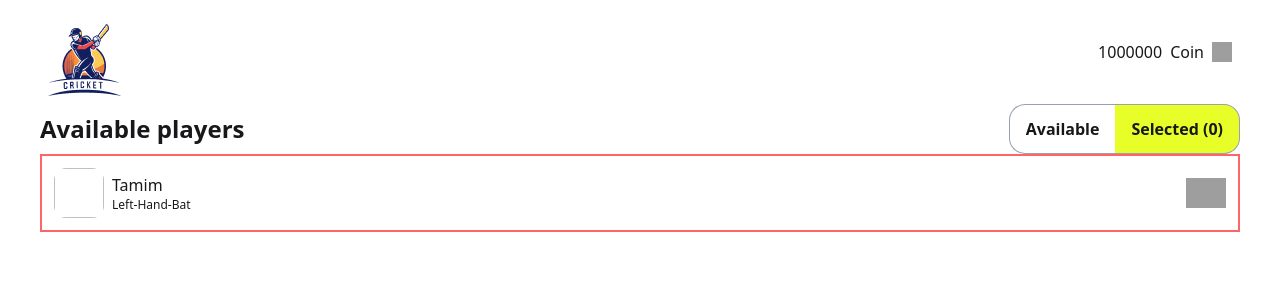
Repository: SanjidaSnigdha/Select-your-eleven
Page: /, after clicking the first element matching `button.rounded-r-2xl`
These files come from the project's save history. The page is drawn as it stood at one moment and after the next save; the edit follows.
The browser window is 1280 px wide. The pictures show the whole page.
Pictures or frames that could not be fetched are drawn as grey boxes. The project was rebuilt for these pictures with package versions that can differ from the ones it lists, and the page was loaded fresh each time. Also part of the build but not shown: vite.config.js, src/App.css.

Above is the page before, as saved 2026-03-21 19:04:27.

### index.html
<!doctype html>
<html lang="en" style="color-scheme: light;">
  <head>
    <meta charset="UTF-8" />
    <link rel="icon" type="image/svg+xml" href="/favicon.svg" />
    <meta name="viewport" content="width=device-width, initial-scale=1.0" />
    <title>select-your-eleven</title>
  </head>
  <body>
    <div id="root"></div>
    <script type="module" src="/src/main.jsx"></script>
  </body>
</html>

### src/index.css
 @import "tailwindcss";
 @plugin "daisyui" {
  themes: light --default, dark --prefersdark;
  themes: light --default;
 }

### src/App.jsx

import './App.css'
import AvailablePlayers from './components/AvailablePlayers/AvailablePlayers'
import SelectedPlayers from './components/SelectedPlayers/SelectedPlayers'
import Navbar from './components/Navbar/Navbar'
import { Suspense, useState } from 'react'

const fetchPlayers = async () =>{
  const res = await fetch("/players.json")
  return res.json()
}
const playersPromise = fetchPlayers()


function App() {
  const [toggle,setToggle] = useState(true)
  const [availableBalance,setAvailableBalance] = useState(1000000)
  const [purchasedPlayers,setPurchasedPlayers] = useState([])

  return (
    <>
   <Navbar availableBalance={availableBalance}></Navbar>
   <div className='max-w-[1200px] mx-auto flex justify-between items-center'>
    <h1 className='font-bold text-2xl'>Available players</h1>
    <div className='font-bold'>
      <button onClick={()=>setToggle(true)} className={`py-3 px-4 border-1 border-gray-400 rounded-l-2xl border-r-0 ${toggle===true?"bg-[#E7FE29]":""}`}>Available</button>
      <button onClick={()=>setToggle(false)} className={`py-3 px-4 border-1 border-gray-400 rounded-r-2xl border-l-0 ${toggle===false?"bg-[#E7FE29]":""}`}>Selected <span>(0)</span></button>
    </div>

   </div>

     {
      toggle === true?<Suspense fallback={<span className="loading loading-spinner loading-xl"></span>
}>
    <AvailablePlayers purchasedPlayers={purchasedPlayers} setPurchasedPlayers={setPurchasedPlayers} availableBalance={availableBalance} setAvailableBalance={setAvailableBalance} playersPromise={playersPromise}></AvailablePlayers>
</Suspense>:<SelectedPlayers purchasedPlayers={purchasedPlayers}></SelectedPlayers>

     }





    </>
  )
}

export default App

### src/components/AvailablePlayers/AvailablePlayers.jsx
import React, { use } from 'react';

import PlayerCard from '../PlayerCard/PlayerCard';

const AvailablePlayers = ({playersPromise,setAvailableBalance,availableBalance,purchasedPlayers,setPurchasedPlayers}) => {
    const playerData = use(playersPromise)
    return (
        <div className='max-w-[1200px] mx-auto grid grid-cols-1 md:grid-cols-3 gap-4'>

            {
              playerData.map(player=><PlayerCard setPurchasedPlayers={setPurchasedPlayers} purchasedPlayers={purchasedPlayers} availableBalance={availableBalance} setAvailableBalance={setAvailableBalance} player={player}></PlayerCard>


              )
            }

        </div>
    );
};

export default AvailablePlayers;

### src/components/SelectedPlayers/SelectedPlayers.jsx
import React from 'react';

const SelectedPlayers = ({purchasedPlayers}) => {
    console.log(purchasedPlayers)
    return (
        <div className='max-w-[1200px] mx-auto'>
           <div className='border-2 p-3 border-red-400 flex justify-between items-center'>
            <div className='flex items-center'>
                <img src="" className='h-[50px] w-[50px] rounded-xl' alt="" />
                <div className='ml-2'>
                    <h1>Tamim</h1>
                    <p className='text-xs'>Left-Hand-Bat</p>
                </div>

            </div>
            <div>
                <img src="https://i.ibb.co.com/HTN200Jz/delete.png" className='w-[40px] h-[30px]' alt="" />
            </div>

           </div>
        </div>
    );
};

export default SelectedPlayers;

### src/components/Navbar/Navbar.jsx
import React from 'react';
import navImg from "../../assets/logo.png"
import dollarImg from "../../assets/dollar-1.png"

const Navbar = ({availableBalance}) => {
    return (

         <div className="navbar max-w-[1200px] mx-auto">
          <div className="flex-1">
            <a className="text-xl">
              <img className="w-60px h-50px mt-4" src={navImg} alt="" />
           </a>
          </div>
          <div className="flex items-center gap-1">
          <span className='mr-1'>{availableBalance}</span>
          <span className='mr-1'>Coin</span>
          <img className="w-5 h-5" src={dollarImg} alt="" />
         </div>
       </div>
    );

};

export default Navbar;

### src/components/PlayerCard/PlayerCard.jsx
import React, { useState } from 'react';
import userImg from "../../assets/man.png"
import flagImg from "../../assets/flag.jpg"

const PlayerCard = ({player,setAvailableBalance,availableBalance,purchasedPlayers,setPurchasedPlayers}) => {
    const [isSelected,setIsSelected] = useState(false)

    const handleSelected = (playerData) =>{
        const playerPrice = parseInt(playerData.price.split("USD").join("").
                split(",").join(""))
                if(availableBalance<playerPrice){
                    alert("Not enough coins!!")
                    return
                }

         setIsSelected(true)
                setAvailableBalance(availableBalance - playerPrice);
                setPurchasedPlayers([...purchasedPlayers,playerData])


    };
    return (
                        <div className="card bg-base-100 shadow-sm p-4">
         <figure className="px-10 pt-10">
           <img
             src={player.player_image}
             alt="Shoes"
             className='w-full h-[280px] object-cover'
              />
         </figure>
         <div className="mt-4">
           <div className='flex'>
               <img className='w-8 h-8' src={userImg} alt="" /><h2 className='card-title ml-2'>{player.player_name}</h2>
           </div>
           <div className='flex justify-between mt-4 border-b-2 border-gray-400 pb-2'>
       <div className='flex items-center'>
           <img className='w-8 h-8' src={flagImg} alt="" />
           <span className='ml-2'>{player.player_country}</span>
           </div>
           <button className='btn'>{player.playing_role}</button>
           </div>
       <div className='flex justify-between font-bold'>
           <span>{player.rating}</span>

       </div>
       <div className='flex justify-between mt-4'>
           <span className='font-bold'>{player.bating_style}</span>
           <span>{player.bowling_style}</span>
       </div>

           <div className="card-actions mt-3 flex justify-between items-center">
               <p className='font-bold'>${player.price}</p>
             <button disabled={isSelected} onClick={()=>{handleSelected(player)

             }} className="btn">{isSelected===true?"Selected":"Choose player"}</button>
           </div>
         </div>
       </div>
    );
};

export default PlayerCard;

### public/players.json
[
  {
    "player_image": "https://i.ibb.co.com/CKt7DdsZ/shakib-al-hasan-smiling-8olow941lckcha6b.jpg",
    "player_name": "Shakib Al Hasan",
    "player_country": "Bangladesh",
    "playing_role": "All-Rounder",
    "rating": 9.5,
    "bating_style": "Left-hand bat",
    "bowling_style": "Slow left-arm orthodox",
    "price": "75,000 USD"
  },
  {
    "player_image": "https://i.ibb.co.com/WWKnGkNs/Faf-du-Plessis.jpg",
    "player_name": "Faf du Plessis",
    "player_country": "South Africa",
    "playing_role": "Batsman",
    "rating": 9.0,
    "bating_style": "Right-hand bat",
    "bowling_style": "Right-arm medium",
    "price": "70,000 USD"
  },
  {
    "player_image": "https://i.ibb.co.com/XZxnnz3F/Rashid-Khan.jpg",
    "player_name": "Rashid Khan",
    "player_country": "Afghanistan",
    "playing_role": "Bowler",
    "rating": 9.8,
    "bating_style": "Right-hand bat",
    "bowling_style": "Right-arm leg spin",
    "price": "85,000 USD"
  },
  {
    "player_image": "https://i.ibb.co.com/4w5xgSNn/liton-das.jpg",
    "player_name": "Liton Das",
    "player_country": "Bangladesh",
    "playing_role": "Wicketkeeper-Batsman",
    "rating": 8.7,
    "bating_style": "Right-hand bat",
    "bowling_style": "None",
    "price": "60,000 USD"
  },
  {
    "player_image": "https://i.ibb.co.com/391gsfv8/Andre-Russell.jpg",
    "player_name": "Andre Russell",
    "player_country": "West Indies",
    "playing_role": "All-Rounder",
    "rating": 9.6,
    "bating_style": "Right-hand bat",
    "bowling_style": "Right-arm fast",
    "price": "90,000 USD"
  },
  {
    "player_image": "https://i.ibb.co.com/67D8FvCn/Mustafizur-Rahman.webp",
    "player_name": "Mustafizur Rahman",
    "player_country": "Bangladesh",
    "playing_role": "Bowler",
    "rating": 8.9,
    "bating_style": "Left-hand bat",
    "bowling_style": "Left-arm fast-medium",
    "price": "65,000 USD"
  },
  {
    "player_image": "https://i.ibb.co.com/h1wRWkVC/David-Warner.jpg",
    "player_name": "David Warner",
    "player_country": "Australia",
    "playing_role": "Batsman",
    "rating": 9.4,
    "bating_style": "Left-hand bat",
    "bowling_style": "Right-arm leg spin",
    "price": "95,000 USD"
  },
  {
    "player_image": "https://i.ibb.co.com/0VsmTGGY/Sunil-Narine.jpg",
    "player_name": "Sunil Narine",
    "player_country": "West Indies",
    "playing_role": "All-Rounder",
    "rating": 9.2,
    "bating_style": "Left-hand bat",
    "bowling_style": "Right-arm off spin",
    "price": "80,000 USD"
  },
  {
    "player_image": "https://i.ibb.co.com/HpkRbDz3/Babar.png",
    "player_name": "Babar Azam",
    "player_country": "Pakistan",
    "playing_role": "Batsman",
    "rating": 9.3,
    "bating_style": "Right-hand bat",
    "bowling_style": "None",
    "price": "92,000 USD"
  },
  {
    "player_image": "https://i.ibb.co.com/dsk08w2x/Lasith-Malinga1.jpg",
    "player_name": "Lasith Malinga",
    "player_country": "Sri Lanka",
    "playing_role": "Bowler",
    "rating": 9.1,
    "bating_style": "Right-hand bat",
    "bowling_style": "Right-arm fast",
    "price": "78,000 USD"
  },
  {
    "player_image": "https://i.ibb.co.com/s9vHr4tS/Ben-Stokes.png",
    "player_name": "Ben Stokes",
    "player_country": "England",
    "playing_role": "All-Rounder",
    "rating": 9.7,
    "bating_style": "Left-hand bat",
    "bowling_style": "Right-arm fast-medium",
    "price": "100,000 USD"
  },
  {
    "player_image": "https://i.ibb.co.com/gFhPmT1c/Quinton-de-Kock1.jpg",
    "player_name": "Quinton de Kock",
    "player_country": "South Africa",
    "playing_role": "Wicketkeeper-Batsman",
    "rating": 9.0,
    "bating_style": "Left-hand bat",
    "bowling_style": "None",
    "price": "88,000 USD"
  }
]

Loaded but not shown: src/main.jsx (common file)

After the next save:
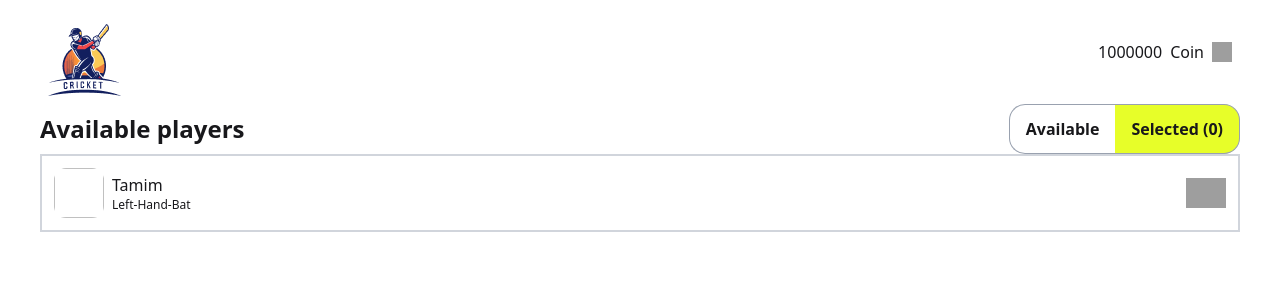
Saved 37 s later.
--- a/src/components/SelectedPlayers/SelectedPlayers.jsx
+++ b/src/components/SelectedPlayers/SelectedPlayers.jsx
@@ -4,7 +4,7 @@ const SelectedPlayers = ({purchasedPlayers}) => {
     console.log(purchasedPlayers)
     return (
         <div className='max-w-[1200px] mx-auto'>
-           <div className='border-2 p-3 border-red-400 flex justify-between items-center'>
+           <div className='border-2 p-3 border-gray-300 flex justify-between items-center'>
             <div className='flex items-center'>
                 <img src="" className='h-[50px] w-[50px] rounded-xl' alt="" />
                 <div className='ml-2'>
